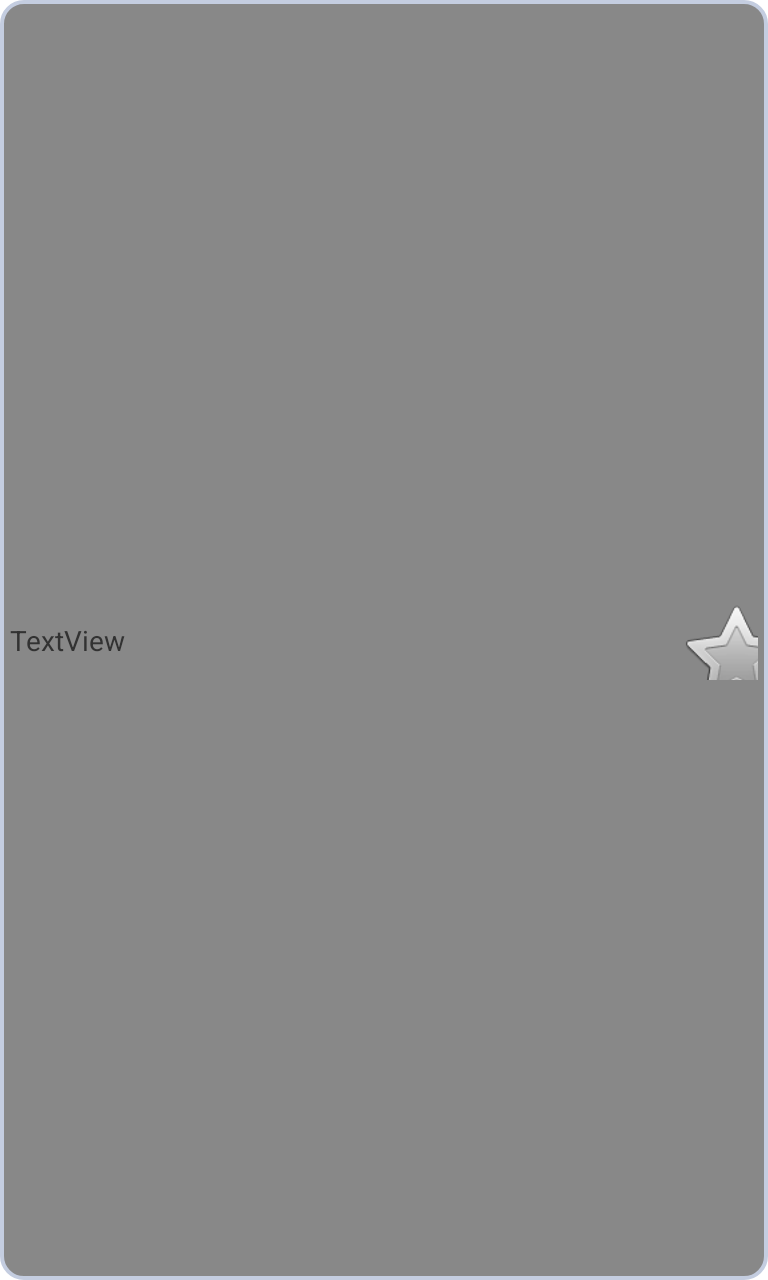
Repository: vinothsridhar/CrickBuzzChallenge
Layout: CricBuzzAndroidApp/res/layout/playlist_item.xml
These files come from the project's save history. The layout is drawn as it stood at one moment and after the next save; the edit follows.
It is drawn on a 768 x 1280 px phone screen (xhdpi) without system bars, with theme AppTheme; the app's code is not run.

Above is the layout before, as saved 2014-12-20 11:08:48.

### CricBuzzAndroidApp/res/layout/playlist_item.xml
<?xml version="1.0" encoding="utf-8"?>
<LinearLayout xmlns:android="http://schemas.android.com/apk/res/android"
    android:layout_width="match_parent"
    android:layout_height="60dp"
    android:layout_gravity="center_vertical"
    android:gravity="center_vertical"
    android:background="@drawable/playerlistitem"
    android:orientation="horizontal" >

    <TextView
        android:id="@+id/textView1"
        android:layout_width="fill_parent"
        android:layout_height="wrap_content"
        android:layout_weight="1"
        android:text="TextView" />

    <RatingBar
        android:id="@+id/ratingBar1"
        android:layout_width="40dp"
        android:layout_height="40dp"
        android:layout_weight="0"
        android:numStars="1" />

</LinearLayout>

### CricBuzzAndroidApp/res/values/styles.xml
<resources xmlns:android="http://schemas.android.com/apk/res/android">
    <style name="AppBaseTheme" parent="@android:style/Theme.Light.NoTitleBar">
    </style>

    <style name="AppTheme" parent="AppBaseTheme">
    </style>

    <style name="BoldText">
        <item name="android:textSize">@dimen/medium_text</item>
        <item name="android:textStyle">bold</item>
        <item name="android:padding">5dp</item>
    </style>

    <style name="TitleText">
        <item name="android:textSize">@dimen/big_text</item>
        <item name="android:background">@color/black</item>
        <item name="android:textColor">@color/white</item>
        <item name="android:textStyle">bold</item>
        <item name="android:gravity">center_vertical</item>
        <item name="android:padding">5dp</item>
    </style>

    <style name="TitleIcon" parent="@android:style/Widget.TabWidget">
        <item name="android:gravity">center_vertical</item>
        <item name="android:background">@drawable/tab_holo</item>
        <item name="android:padding">5dp</item>
    </style>

    <style name="TotalText" parent="BoldText">
        <item name="android:textColor">@color/black</item>
        <item name="android:background">@color/yellow</item>
        <item name="android:weightSum">2</item>
        <item name="android:gravity">center</item>
    </style>

</resources>

### CricBuzzAndroidApp/res/drawable/playerlistitem.xml
<?xml version="1.0" encoding="utf-8"?>
<selector xmlns:android="http://schemas.android.com/apk/res/android">

    <item android:state_pressed="true"><shape android:shape="rectangle">
            <solid android:color="#888888"></solid>

            <stroke android:width="2dp" android:color="#C4CDE0"></stroke>

            <padding android:bottom="5dp" android:left="5dp" android:right="5dp" android:top="5dp"></padding>

            <corners android:radius="11dp"></corners>
        </shape></item>
    <item android:state_pressed="false"><shape android:shape="rectangle">
            <solid android:color="#888888"></solid>

            <stroke android:width="2dp" android:color="#C4CDE0"></stroke>

            <padding android:bottom="5dp" android:left="5dp" android:right="5dp" android:top="5dp"></padding>

            <corners android:radius="11dp"></corners>
        </shape></item>

</selector>

After the next save:
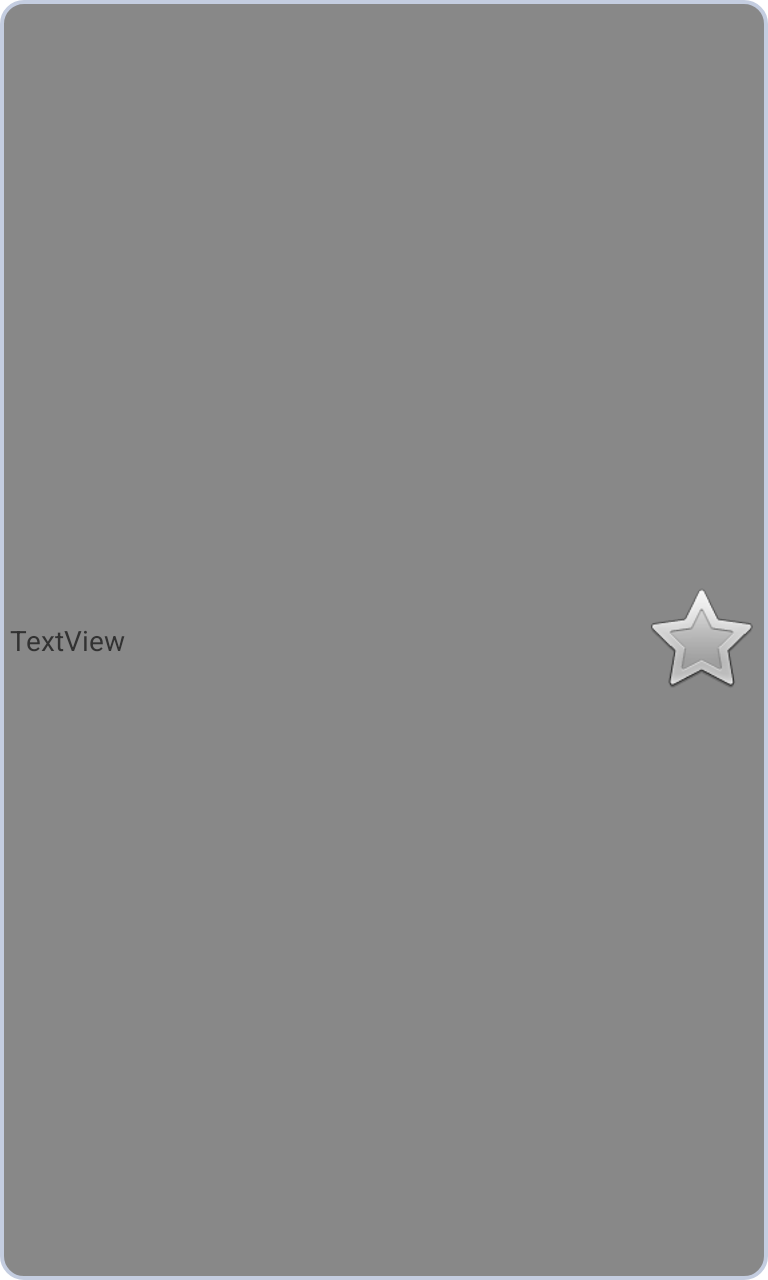
Saved 7 s later.
--- a/CricBuzzAndroidApp/res/layout/playlist_item.xml
+++ b/CricBuzzAndroidApp/res/layout/playlist_item.xml
@@ -16,8 +16,8 @@
 
     <RatingBar
         android:id="@+id/ratingBar1"
-        android:layout_width="40dp"
-        android:layout_height="40dp"
+        android:layout_width="wrap_content"
+        android:layout_height="wrap_content"
         android:layout_weight="0"
         android:numStars="1" />
 
